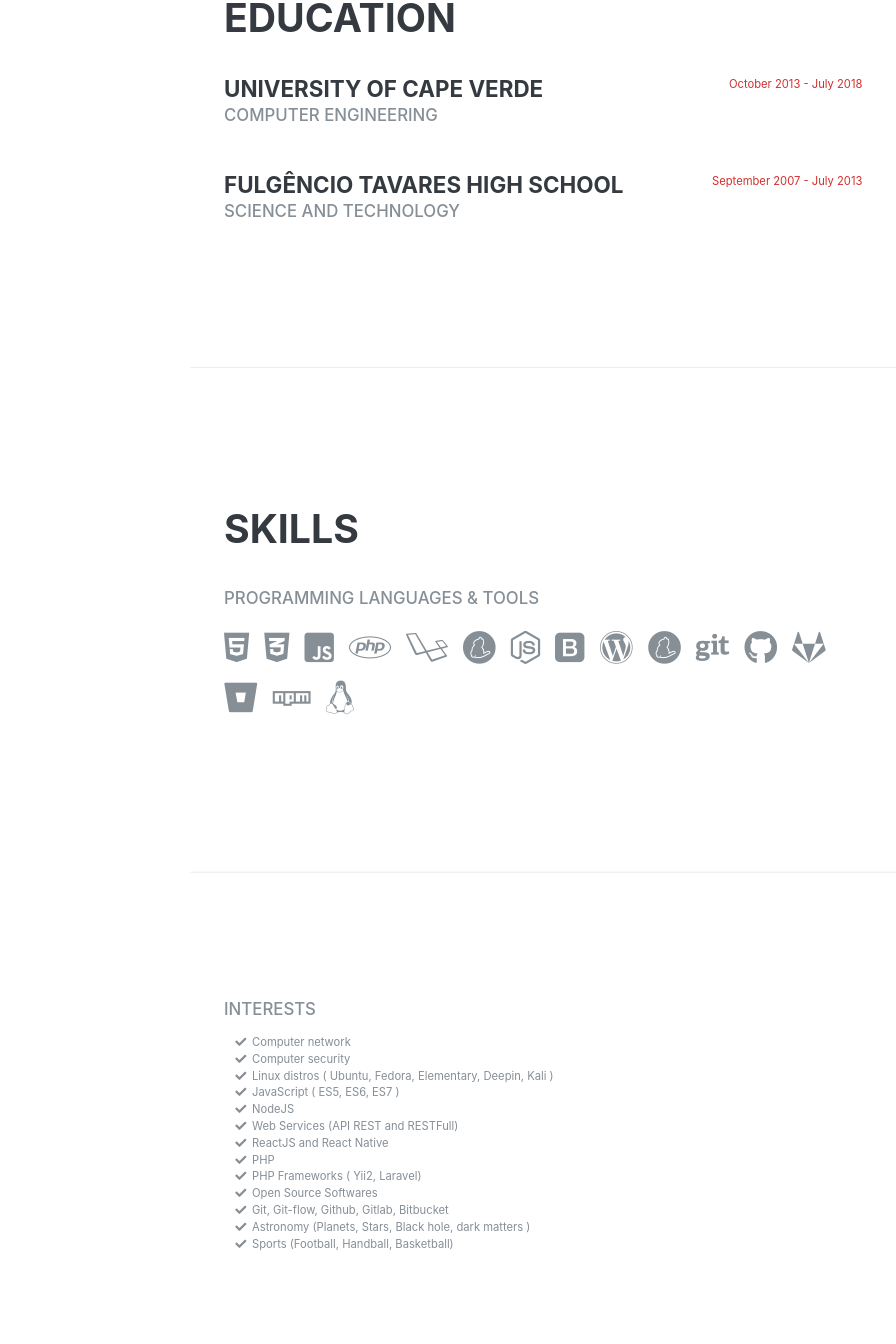
Repository: kcfurtado/kcfurtado.github.io
Page: index.html
An editor plug-in stored every save of this project. The page is shown before and after the next save, followed by the edit.
The browser window is 1280 px wide. The pictures show the part of the page from y = 1875 to 3795 px (the page is 3843 px tall), at 70% of full size.
Some web fonts or font styles are not loaded; a fallback is used.

Above is the page before, as saved 2020-04-04 19:29:21.

### index.html
<!DOCTYPE html>
<html lang="en">

<head>

  <meta charset="utf-8">
  <meta name="viewport" content="width=device-width, initial-scale=1, shrink-to-fit=no">
  <meta name="description" content="">
  <meta name="author" content="">

  <title>Kelton Furtado - Portfolio</title>

  <!-- Bootstrap core CSS -->
  <link href="vendor/bootstrap/css/bootstrap.min.css" rel="stylesheet">

  <!-- Custom fonts for this template -->
  <link href="https://fonts.googleapis.com/css?family=Saira+Extra+Condensed:500,700" rel="stylesheet">
  <link href="https://fonts.googleapis.com/css?family=Muli:400,400i,800,800i" rel="stylesheet">
  <link href="vendor/fontawesome-free/css/all.min.css" rel="stylesheet">

  <!-- Custom styles for this template -->
  <link href="css/resume.min.css" rel="stylesheet">

</head>

<body id="page-top">

  <nav class="navbar navbar-expand-lg navbar-dark bg-primary fixed-top" id="sideNav">
    <a class="navbar-brand js-scroll-trigger" href="#page-top">
      <span class="d-block d-lg-none">Kelton Furtado</span>
      <span class="d-none d-lg-block">
        <img class="img-fluid img-profile rounded-circle mx-auto mb-2" src="img/profile.png" alt="">
      </span>
    </a>
    <button class="navbar-toggler" type="button" data-toggle="collapse" data-target="#navbarSupportedContent" aria-controls="navbarSupportedContent" aria-expanded="false" aria-label="Toggle navigation">
      <span class="navbar-toggler-icon"></span>
    </button>
    <div class="collapse navbar-collapse" id="navbarSupportedContent">
      <ul class="navbar-nav">
        <li class="nav-item">
          <a class="nav-link js-scroll-trigger" href="#about">About</a>
        </li>
        <li class="nav-item">
          <a class="nav-link js-scroll-trigger" href="#experience">Experience</a>
        </li>
        <li class="nav-item">
          <a class="nav-link js-scroll-trigger" href="#education">Education</a>
        </li>
        <li class="nav-item">
          <a class="nav-link js-scroll-trigger" href="#skills">Skills</a>
        </li>
        <li class="nav-item">
          <a class="nav-link js-scroll-trigger" href="#interests">Interests</a>
        </li>
        <!-- <li class="nav-item">
          <a class="nav-link js-scroll-trigger" href="#awards">Awards</a>
        </li> -->
      </ul>
    </div>
  </nav>

  <div class="container-fluid p-0">

    <section class="resume-section p-3 p-lg-5 d-flex align-items-center" id="about">
      <div class="w-100">
        <h1 class="mb-0">Kelton
          <span class="text-primary">Furtado</span>
        </h1>
        <ul class="mt-5 mb-5 fa-ul">
          <li>
            <i class="fa-li fa fa-map-marker"></i> Praia · Santiago · Cape Verde
          </li>
          <li>
            <i class="fa-li fa fa-phone"></i> (+238) 599 52 45
          </li>
          <li>
            <i class="fa-li fa fa-envelope"></i>
            <a target="_blank" href="mailto:keltonfurtado95@gmail.com"> keltonfurtado95@gmail.com</a>
          </li>
        </ul>
        <p class="lead mb-5">Im a Cape Verdean programmer and computer , computer networks, computer security, linux and astronomy enthusiast. I am open to new experiences and challenges to improve as a professional and as a human being.</p>
        <div class="social-icons">
          <a target="_blank" href="https://linkedin.com/in/kelton-furtado">
            <i class="fab fa-linkedin-in"></i>
          </a>
          <a target="_blank" href="https://github.com/kcfurtado/">
            <i class="fab fa-github"></i>
          </a>
          <!--<a href="#">
            <i class="fab fa-twitter"></i>
          </a>-->
          <a target="_blank" href="https://www.facebook.com/kcafurtado">
            <i class="fab fa-facebook-f"></i>
          </a>
        </div>
      </div>
    </section>

    <hr class="m-0">

    <section class="resume-section p-3 p-lg-5 d-flex justify-content-center" id="experience">
      <div class="w-100">
        <h2 class="mb-5">Experience</h2>

        <div class="resume-item d-flex flex-column flex-md-row justify-content-between mb-5">
          <div class="resume-content">
            <h3 class="mb-0">Junior Fullstack Developer &amp; Analyst</h3>
            <div class="subheading mb-3"><a target="_blank" href="https://sitech.cv"> SITECH, S.A </a></div>
            <p></p>
            <div class="subheading mb-3">Tools, Techs and projects</div>
            <ul class="fa-ul mb-0">
              <li>
                <i class="fa-li fa fa-check"></i>
                <b>Tools:</b> Filezilla, sourcetree,cpanel, Sublim Text 3, Visual Studio Code and Insider
              </li>
              <li>
                <i class="fa-li fa fa-check"></i>
                <b>Techs:</b> Wordpress and Plugins, Woocommerce, Yii Framework 2, Laravel, ReactJs,  JavaScript, jquery, CSS3, HTML5, bootstrap, PHP, POO, MVC, MySQL, Git, Git-flow, Bitbucket
              </li>
              <li>
                <i class="fa-li fa fa-check"></i>
                <b>Projects:</b> Several project : <a target="_blank" href="https://fcf.cv">FCF Website</a> , <a target="_blank" href="https://sitech.cv">SITECH Website</a> , Sistema de Gestão de Preço, Backoffice SITA, E-Commerce Websites
              </li>
            </ul>
          </div>
          <div class="resume-date text-md-right">
            <span class="text-primary">Febuary 2019 - Present</span>
          </div>
        </div>

        <div class="resume-item d-flex flex-column flex-md-row justify-content-between">
          <div class="resume-content">
            <h3 class="mb-0">Backend Developer Intern</h3>
            <div class="subheading mb-3"><a target="_blank" href="https://bonako.com"> Bonako </a></div>
            <p> In few months i learn a lot about teamwork, real life employeement, software development and agile methods.</p>
            <div class="subheading mb-3">Tools, Techs and projects</div>
            <ul class="fa-ul mb-0">
              <li>
                <i class="fa-li fa fa-check"></i>
                <b>Tools:</b> Filezilla, sourcetree, Sublim Text 3, Visual Studio Code and Insider, Linux Distro Deepin
              </li>
              <li>
                <i class="fa-li fa fa-check"></i>
                <b>Techs:</b> Yii Framework 2, JavaScript, jquery, css3, html5, bootstrap, php, MVC, MySQL, Git, Git-flow, Bitbucket
              </li>
              <li>
                <i class="fa-li fa fa-check"></i>
                <b>Projects:</b> Several project : Music stream Web Application, Sport sponsorship and blog, News platform
              </li>
            </ul>
          </div>
          <div class="resume-date text-md-right">
            <span class="text-primary">September 2018 - Febuary 2019</span>
          </div>
        </div>

      </div>

    </section>

    <hr class="m-0">

    <section class="resume-section p-3 p-lg-5 d-flex align-items-center" id="education">
      <div class="w-100">
        <h2 class="mb-5">Education</h2>

        <div class="resume-item d-flex flex-column flex-md-row justify-content-between mb-5">
          <div class="resume-content">
            <h3 class="mb-0">University of Cape Verde</h3>
            <div class="subheading mb-3">Computer Engineering</div>
            <div></div>
            <p></p>
          </div>
          <div class="resume-date text-md-right">
            <span class="text-primary">October 2013 - July 2018 </span>
          </div>
        </div>

        <div class="resume-item d-flex flex-column flex-md-row justify-content-between">
          <div class="resume-content">
            <h3 class="mb-0">Fulgêncio Tavares High School</h3>
            <div class="subheading mb-3">Science and Technology</div>
            <p></p>
          </div>
          <div class="resume-date text-md-right">
            <span class="text-primary">September 2007 - July 2013</span>
          </div>
        </div>

      </div>
    </section>

    <hr class="m-0">

    <section class="resume-section p-3 p-lg-5 d-flex align-items-center" id="skills">
      <div class="w-100">
        <h2 class="mb-5">Skills</h2>

        <div class="subheading mb-3">Programming Languages &amp; Tools</div>
        <ul class="list-inline dev-icons">
          <li class="list-inline-item">
            <i class="fab fa-html5"></i>
          </li>
          <li class="list-inline-item">
            <i class="fab fa-css3-alt"></i>
          </li>
          <li class="list-inline-item">
            <i class="fab fa-js-square"></i>
          </li>
          <li class="list-inline-item">
            <i class="fab fa-php"></i>
          </li>
          <li class="list-inline-item">
            <i class="fab fa-laravel"></i>
          </li>
          <li class="list-inline-item">
            <i class="fab fa-yarn"></i>
          </li>
          <li class="list-inline-item">
            <i class="fab fa-node-js"></i>
          </li>
          <li class="list-inline-item">
            <i class="fab fa-bootstrap"></i>
          </li>
          <li class="list-inline-item">
            <i class="fab fa-wordpress"></i>
          </li>
          <li class="list-inline-item">
            <i class="fab fa-yarn"></i>
          </li>
          <li class="list-inline-item">
            <i class="fab fa-git"></i>
          </li>
          <li class="list-inline-item">
            <i class="fab fa-github"></i>
          </li>
          <li class="list-inline-item">
            <i class="fab fa-gitlab"></i>
          </li>
          <li class="list-inline-item">
            <i class="fab fa-bitbucket"></i>
          </li>
          <li class="list-inline-item">
            <i class="fab fa-npm"></i>
          </li>
          <li class="list-inline-item">
            <i class="fab fa-linux"></i>
          </li>
        </ul>

        <!--<div class="subheading mb-3">Workflow</div>
        <ul class="fa-ul mb-0">
          <li>
            <i class="fa-li fa fa-check"></i>
            Web-First, Responsive Design</li>
          <li>
            <i class="fa-li fa fa-check"></i>
            Cross Browser Testing &amp; Debugging</li>
          <li>
            <i class="fa-li fa fa-check"></i>
            Cross Functional Teams</li>
          <!--<li>
            <i class="fa-li fa fa-check"></i>
            Agile Development &amp; Scrum</li>-->
        </ul>
      </div>
    </section>

    <hr class="m-0">

    <section class="resume-section p-3 p-lg-5 d-flex align-items-center" id="interests">
      <div class="w-100">
        <div class="subheading mb-3">Interests</div>
        <ul class="fa-ul mb-0">
          <li>
            <i class="fa-li fa fa-check"></i> Computer network
          </li>
          <li>
            <i class="fa-li fa fa-check"></i> Computer security
          </li>
          <li>
            <i class="fa-li fa fa-check"></i> Linux distros ( Ubuntu, Fedora, Elementary, Deepin, Kali )
          </li>
          <li>
            <i class="fa-li fa fa-check"></i> JavaScript ( ES5, ES6, ES7 )
          </li>
          <li>
            <i class="fa-li fa fa-check"></i> NodeJS
          </li>
          <li>
            <i class="fa-li fa fa-check"></i> Web Services (API REST and RESTFull)
          </li>
          <li>
            <i class="fa-li fa fa-check"></i> ReactJS and React Native
          </li>
          <li>
            <i class="fa-li fa fa-check"></i> PHP
          </li>
          <li>
            <i class="fa-li fa fa-check"></i> PHP Frameworks ( Yii2, Laravel)
          </li>
          <li>
            <i class="fa-li fa fa-check"></i> Open Source Softwares
          </li>
          <li>
            <i class="fa-li fa fa-check"></i> Git, Git-flow, Github, Gitlab, Bitbucket
          </li>
          <li>
            <i class="fa-li fa fa-check"></i> Astronomy (Planets, Stars, Black hole, dark matters )
          </li>
          <li>
            <i class="fa-li fa fa-check"></i> Sports (Football, Handball, Basketball)
          </li>
        </ul>

      </div>
    </section>

    <hr class="m-0">

    <!--<section class="resume-section p-3 p-lg-5 d-flex align-items-center" id="awards">
      <div class="w-100">
        <h2 class="mb-5">Awards &amp; Certifications</h2>
        <ul class="fa-ul mb-0">
          <li>
            <i class="fa-li fa fa-trophy text-warning"></i>
            Google Analytics Certified Developer</li>
          <li>
            <i class="fa-li fa fa-trophy text-warning"></i>
            Mobile Web Specialist - Google Certification</li>
          <li>
            <i class="fa-li fa fa-trophy text-warning"></i>
            1<sup>st</sup>
            Place - University of Colorado Boulder - Emerging Tech Competition 2009</li>
          <li>
            <i class="fa-li fa fa-trophy text-warning"></i>
            1<sup>st</sup>
            Place - University of Colorado Boulder - Adobe Creative Jam 2008 (UI Design Category)</li>
          <li>
            <i class="fa-li fa fa-trophy text-warning"></i>
            2<sup>nd</sup>
            Place - University of Colorado Boulder - Emerging Tech Competition 2008</li>
          <li>
            <i class="fa-li fa fa-trophy text-warning"></i>
            1<sup>st</sup>
            Place - James Buchanan High School - Hackathon 2006</li>
          <li>
            <i class="fa-li fa fa-trophy text-warning"></i>
            3<sup>rd</sup>
            Place - James Buchanan High School - Hackathon 2005</li>
        </ul>
      </div>
    </section>
  -->

  </div>

  <!-- Bootstrap core JavaScript -->
  <script src="vendor/jquery/jquery.min.js"></script>
  <script src="vendor/bootstrap/js/bootstrap.bundle.min.js"></script>

  <!-- Plugin JavaScript -->
  <script src="vendor/jquery-easing/jquery.easing.min.js"></script>

  <!-- Custom scripts for this template -->
  <script src="js/resume.min.js"></script>

</body>

</html>

### css/resume.min.css
/*!
 * Start Bootstrap - Resume v5.0.8 (https://startbootstrap.com/template-overviews/resume)
 * Copyright 2013-2019 Start Bootstrap
 * Licensed under MIT (https://github.com/BlackrockDigital/startbootstrap-resume/blob/master/LICENSE)
 */body{font-family:Muli,-apple-system,BlinkMacSystemFont,'Segoe UI',Roboto,'Helvetica Neue',Arial,sans-serif,'Apple Color Emoji','Segoe UI Emoji','Segoe UI Symbol','Noto Color Emoji';padding-top:54px;color:#868e96}@media (min-width:992px){body{padding-top:0;padding-left:17rem}}h1,h2,h3,h4,h5,h6{font-family:'Saira Extra Condensed',-apple-system,BlinkMacSystemFont,'Segoe UI',Roboto,'Helvetica Neue',Arial,sans-serif,'Apple Color Emoji','Segoe UI Emoji','Segoe UI Symbol','Noto Color Emoji';font-weight:700;text-transform:uppercase;color:#343a40}h1{font-size:6rem;line-height:5.5rem}h2{font-size:3.5rem}h3{font-size:2rem}p.lead{font-size:1.15rem;font-weight:400}.subheading{text-transform:uppercase;font-weight:500;font-family:'Saira Extra Condensed',-apple-system,BlinkMacSystemFont,'Segoe UI',Roboto,'Helvetica Neue',Arial,sans-serif,'Apple Color Emoji','Segoe UI Emoji','Segoe UI Symbol','Noto Color Emoji';font-size:1.5rem}.social-icons a{display:inline-block;height:3.5rem;width:3.5rem;background-color:#495057;color:#fff!important;border-radius:100%;text-align:center;font-size:1.5rem;line-height:3.5rem;margin-right:1rem}.social-icons a:last-child{margin-right:0}.social-icons a:hover{background-color:#d32f2f}.dev-icons{font-size:3rem}.dev-icons .list-inline-item i:hover{color:#d32f2f}#sideNav .navbar-nav .nav-item .nav-link{font-weight:800;letter-spacing:.05rem;text-transform:uppercase}#sideNav .navbar-toggler:focus{outline-color:#9a0007}@media (min-width:992px){#sideNav{text-align:center;position:fixed;top:0;left:0;display:flex;flex-direction:column;width:17rem;height:100vh}#sideNav .navbar-brand{display:flex;margin:auto auto 0;padding:.5rem}#sideNav .navbar-brand .img-profile{max-width:10rem;max-height:10rem;border:.5rem solid rgba(255,255,255,.2)}#sideNav .navbar-collapse{display:flex;align-items:flex-start;flex-grow:0;width:100%;margin-bottom:auto}#sideNav .navbar-collapse .navbar-nav{flex-direction:column;width:100%}#sideNav .navbar-collapse .navbar-nav .nav-item{display:block}#sideNav .navbar-collapse .navbar-nav .nav-item .nav-link{display:block}}section.resume-section{padding-top:5rem!important;padding-bottom:5rem!important;max-width:75rem}section.resume-section .resume-item .resume-date{min-width:none}@media (min-width:768px){section.resume-section{min-height:100vh}section.resume-section .resume-item .resume-date{min-width:18rem}}@media (min-width:992px){section.resume-section{padding-top:3rem!important;padding-bottom:3rem!important}}.bg-primary{background-color:#d32f2f!important}.text-primary{color:#d32f2f!important}a{color:#d32f2f}a:active,a:focus,a:hover{color:#9a0007}

Loaded but not shown: vendor/bootstrap/css/bootstrap.min.css (library); vendor/fontawesome-free/css/all.min.css (library); vendor/jquery/jquery.min.js (library); vendor/bootstrap/js/bootstrap.bundle.min.js (library); vendor/jquery-easing/jquery.easing.min.js (common file); js/resume.min.js (common file)

After the next save:
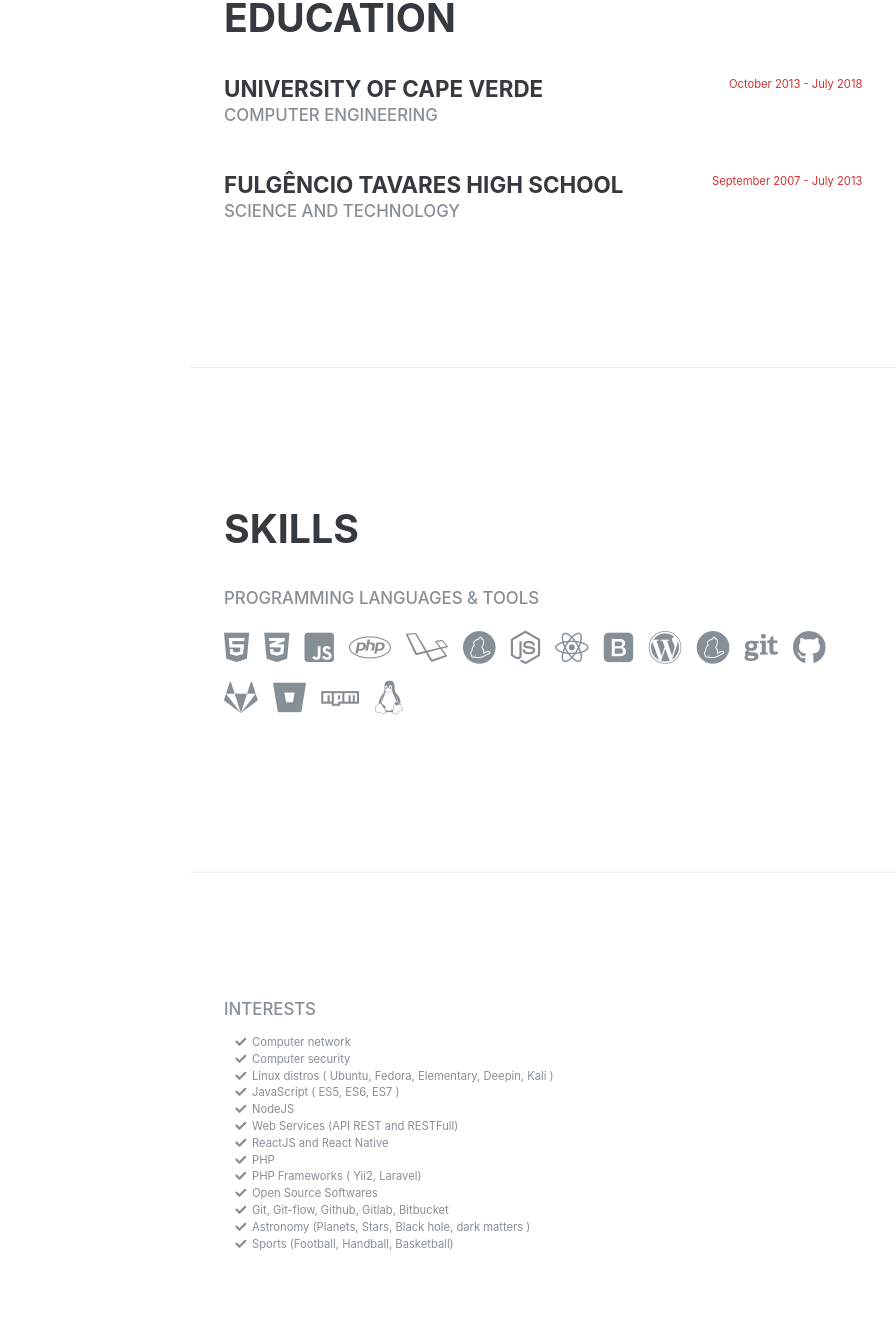
Saved 80 s later.
--- a/index.html
+++ b/index.html
@@ -220,6 +220,9 @@
             <i class="fab fa-node-js"></i>
           </li>
           <li class="list-inline-item">
+            <i class="fab fa-react"></i>
+          </li>
+          <li class="list-inline-item">
             <i class="fab fa-bootstrap"></i>
           </li>
           <li class="list-inline-item">
